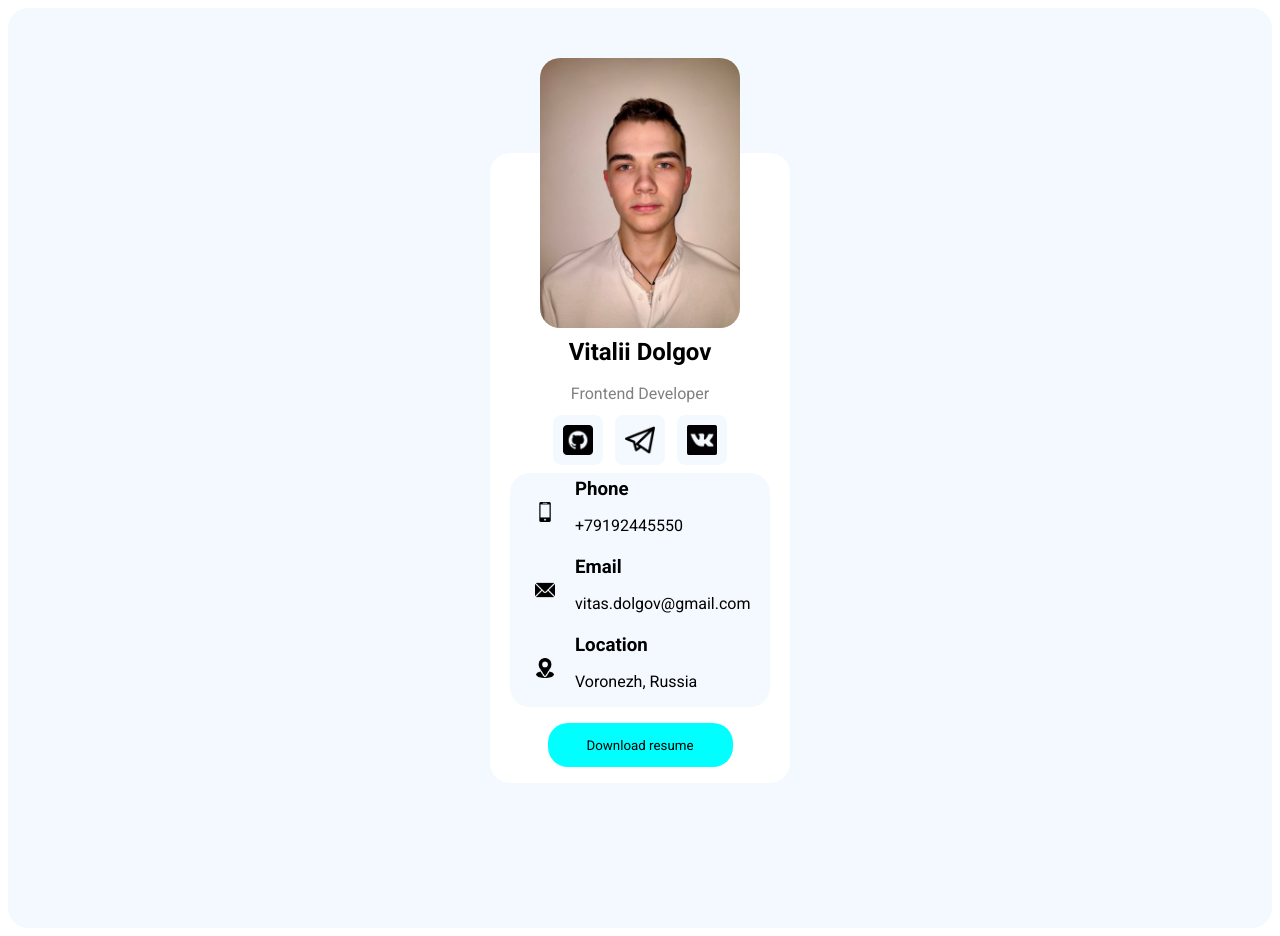
Repository: VitasYo/User_card
Page: src/index.html
These files come from the project's save history. The page is drawn as it stood at one moment and after the next save; the edit follows.
The browser window is 1280 px wide. The pictures show the whole page.

Above is the page before, as saved 2024-04-09 23:51:06.

### src/index.html
<!DOCTYPE html>
<html lang="ru">
  <head>
    <meta charset="UTF-8" />
    <meta name="viewport" content="width=device-width, initial-scale=1.0" />
    <title>First html</title>
    <link rel="stylesheet" href="../assets/css/index.css" />
    <script src="script.js"></script>
  </head>
  <body>
    <section class="container">
      <div class="container_card">
        <img class="avatar" src="../assets/img/Фото.jpg" alt="" />
        <div class="user-info">
          <h1>Vitalii Dolgov</h1>
          <div class="position">Frontend Developer</div>
        </div>
        <div>
          <a href="#"
            ><img class="icon" src="../assets/img/github.png" alt="github"
          /></a>
          <a href="#"
            ><img class="icon" src="../assets/img/telegram.png" alt="telegram"
          /></a>
          <a href="#"
            ><img class="icon" src="../assets/img/vk.png" alt="vk"
          /></a>
        </div>
        <div class="items_card">
          <div class="items_string">
            <img class="card_icon" src="../assets/img/phone.png" />
            <div class="card_info">
              <div><h3>Phone</h3></div>
              <div><p>+79192445550</p></div>
            </div>
          </div>
          <div class="items_string">
            <img class="card_icon" src="../assets/img/email.png" />
            <div class="card_info">
              <div><h3>Email</h3></div>
              <div><p>vitas.dolgov@gmail.com</p></div>
            </div>
          </div>
          <div class="items_string">
            <img class="card_icon" src="../assets/img/location.png" />
            <div class="card_info">
              <div><h3>Location</h3></div>
              <div><p>Voronezh, Russia</p></div>
            </div>
          </div>
        </div>
        <button class="button">Download resume</button>
      </div>
    </section>
  </body>
</html>

### assets/css/index.css
@import url("https://fonts.googleapis.com/css2?family=Roboto:ital,wght@0,100;0,300;0,400;0,500;0,700;0,900;1,100;1,300;1,400;1,500;1,700;1,900&display=swap");
* {
  font-family: "Roboto", sans-serif;
}

.container h1 {
  margin-top: 10px;
  margin-bottom: 0;
}

.container h3 {
  margin-top: 5px;
  margin-bottom: 0;
}

.container {
  display: flex;
  flex-direction: column;
  align-items: center;
  background-color: rgb(243, 249, 255);
  border-radius: 20px;
  height: 920px;
  justify-content: center;
}

.container_card {
  display: flex;
  flex-direction: column;
  align-items: center;
  background-color: white;
  border-radius: 20px;
  width: 300px;
}

.position {
  color: gray;
  margin-top: 8px;
}

.avatar {
  margin-top: -95px;
  width: 200px;
  height: 270px;
  border-radius: 20px;
}

.user-info {
  margin-bottom: 8px;
  display: flex;
  flex-direction: column;
  align-items: center;
  gap: 10px;
}

.icon {
  width: 30px;
  height: 30px;
  padding: 10px;
  background-color: rgb(243, 249, 255);
  border-radius: 8.27px;
  margin: 4px;
}

.card_icon {
  width: 20px;
  height: 20px;
  padding: 10px;
}

.items_card {
  background-color: rgb(243, 249, 255);
  border-radius: 20px;
  width: 260px;
}

.items_string {
  justify-content: center;
  align-items: center;
  display: flex;
  border-bottom: 1px;
  border-width: 1px;
}

.card_info {
  margin-left: 10px;
  font-size: 16px;
  width: 180px;
}

.button {
  margin: 16px 0;
  background-color: aqua;
  border-radius: 20px;
  border-width: 0;
  width: 185px;
  height: 44px;
  cursor: pointer;
}

Loaded but not shown: src/script.js (no stored copy; drawn as an empty file)

After the next save:
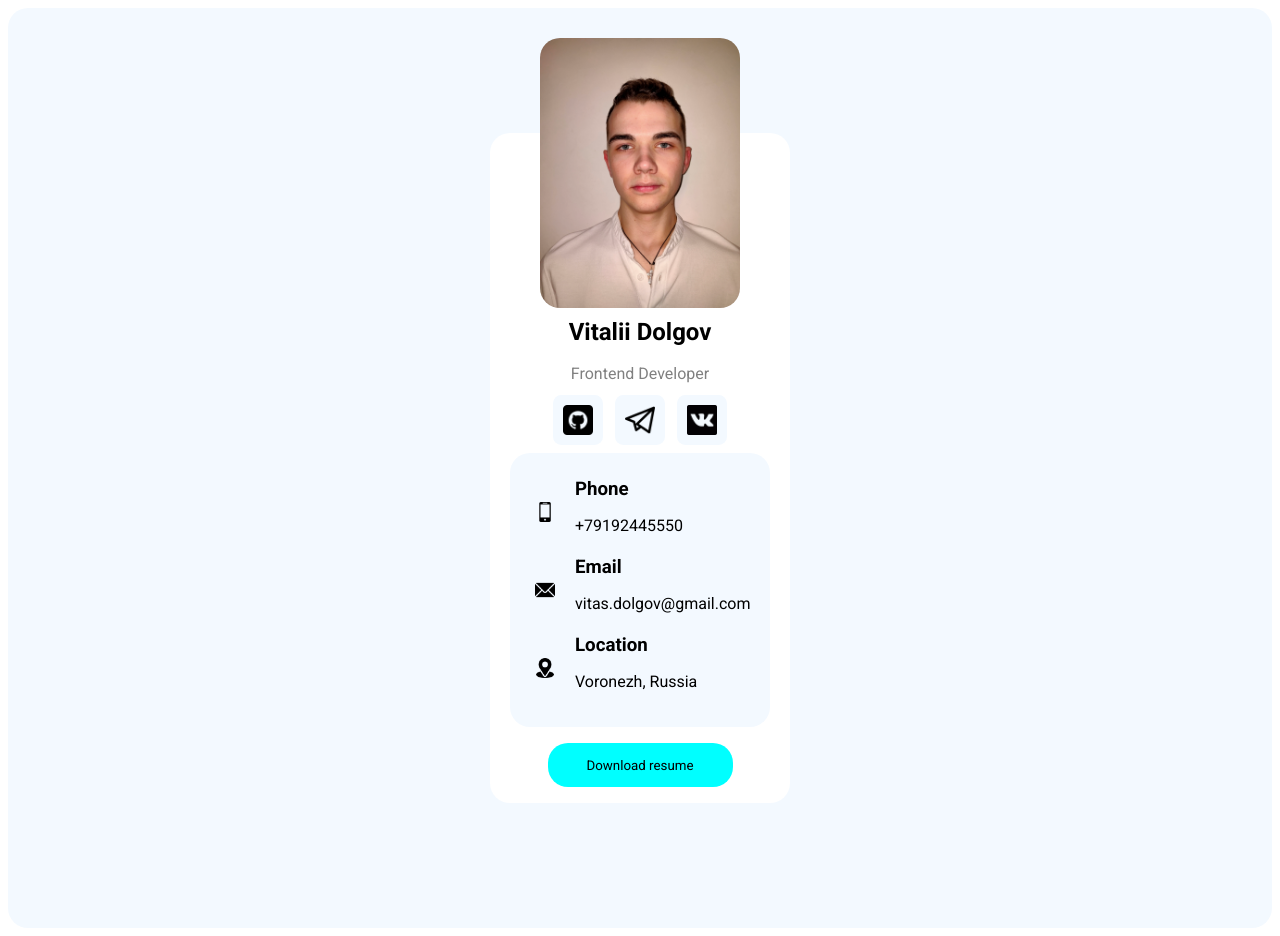
Saved 5 s later.
--- a/assets/css/index.css
+++ b/assets/css/index.css
@@ -71,6 +71,7 @@
   background-color: rgb(243, 249, 255);
   border-radius: 20px;
   width: 260px;
+  padding: 20px 0;
 }
 
 .items_string {
